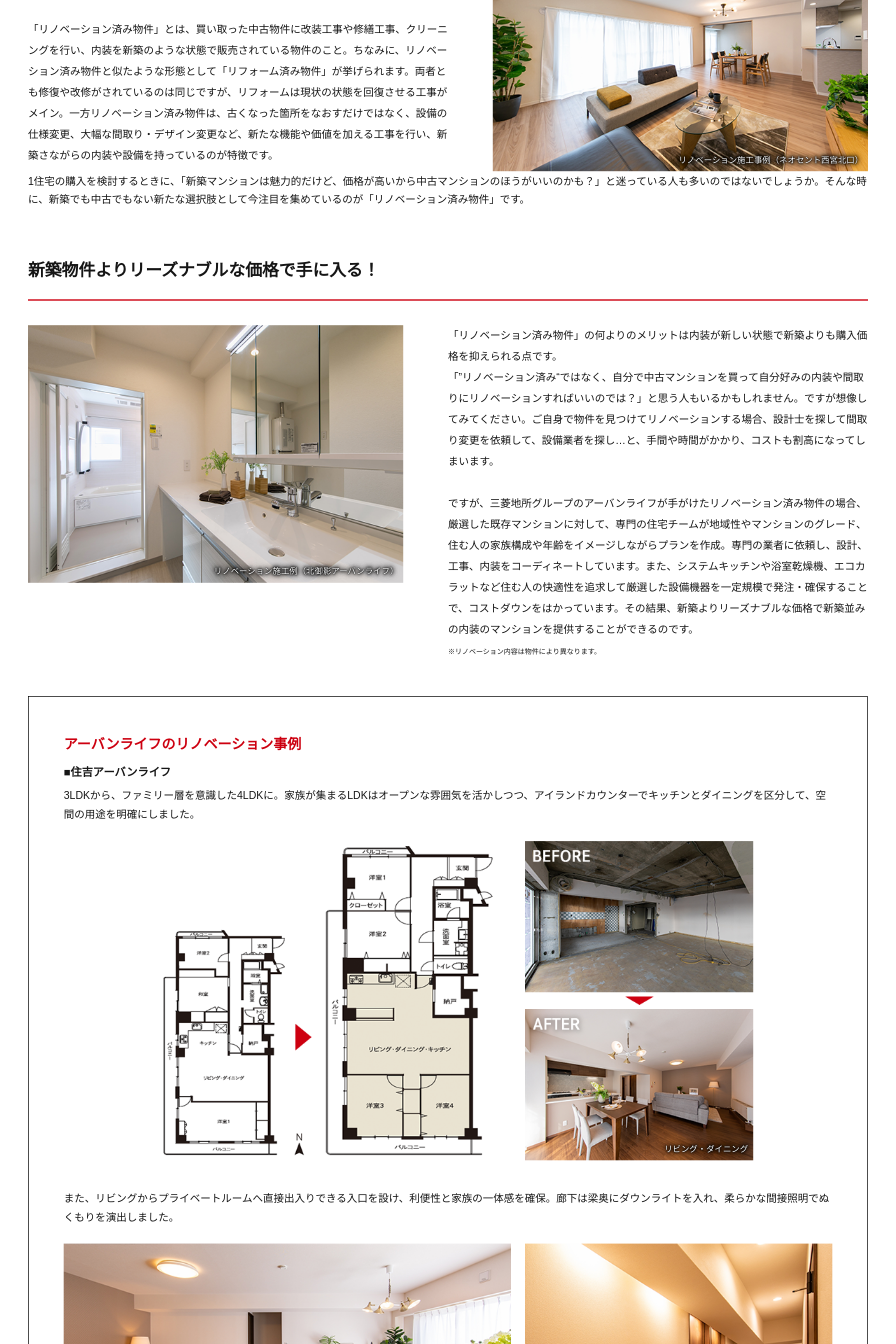
Repository: duongspm/group-kansai_new-data
Page: group-kansai_new/pickup/column07.html
These files come from the project's save history. The page is drawn as it stood at one moment and after a run of saves; the edit follows.
The browser window is 1280 px wide. The pictures show the part of the page from y = 1342 to 3262 px (the page is 4892 px tall before and 4838 px after), at 70% of full size.

Above is the page before, as saved 2023-07-03 08:37:45.

### group-kansai_new/pickup/column07.html
<!doctype html>
<html>
<head prefix="og: http://ogp.me/ns# fb: http://ogp.me/ns/fb# article: http://ogp.me/ns/website#">

    <meta charset="utf-8">
    <meta http-equiv="X-UA-Compatible" content="chrome=1">
    <meta name="viewport" content="width=device-width, initial-scale=1">

    <title>住み替えを検討する際の重要なポイント。住宅ローン残債があっても住み替えできる？｜関西で住まいのことは三菱地所グループへ</title>
    <meta name="keywords" content="新築マンション,注文住宅,リフォーム,売買・賃貸,関西,三菱地所グループ,三菱地所レジデンス,三菱地所ホーム,三菱地所ハウスネット,住まい">
    <meta name="description" content="関西エリアの三菱地所グループが、新築・中古マンション、注文住宅、リフォーム、売買、賃貸、マンション・ビル管理、インテリアなど、あらゆる住まいのニーズにお応えします。">
    <link rel="canonical" href="https://www.mecsumai.com/group_kansai/pickup/column07.html">

    <!-- OGP -->
    <meta property="og:site_name" content="関西で住まいのことは三菱地所グループへ" />
    <meta property="og:title" content="住み替えを検討する際の重要なポイント。住宅ローン残債があっても住み替えできる？｜関西で住まいのことは三菱地所グループへ" />
    <meta property="og:description" content="関西エリアの三菱地所グループが、新築・中古マンション、注文住宅、リフォーム、売買、賃貸、マンション・ビル管理、インテリアなど、あらゆる住まいのニーズにお応えします。" />
    <meta property="og:type" content="website" />
    <meta property="og:locale" content="ja_JP" />
    <meta property="og:url" content="https://www.mecsumai.com/group_kansai/pickup/column07.html" />
    <meta property="og:image" content="https://www.mecsumai.com/group_kansai/img/ogp/ogimage_column_mjhn_01.jpg" />
    <meta property="article:publisher" content="https://www.facebook.com/mecsumai" />
    <meta name="twitter:card" content="summary_large_image" />
    <meta name="twitter:site:id" value="@mecr_sumai" />
    <!-- CSS/JS -->
    <!--テスト用_WEBフォントタグ--><script type="text/javascript" src="//typesquare.com/3/tsst/script/ja/typesquare.js?GO7P2Rd89as%3D" charset="utf-8"></script>
    <!--本番用_WEBフォントタグ--><!-- <script type="text/javascript" src="//typesquare.com/3/tsst/script/ja/typesquare.js?fP5kCoOP0YE%3D" charset="utf-8"></script>-->

	<link rel="stylesheet" href="../css/style.css">
    <link rel="stylesheet" href="css/column.css">

    <script src="../js/jquery.min.js"></script>
    <script src="../js/script.js"></script>

</head>

<body>

	<!-- Google Tag Manager -->
	<noscript><iframe src="//www.googletagmanager.com/ns.html?id=GTM-PPKM2M"
	height="0" width="0" style="display:none;visibility:hidden"></iframe></noscript>
	<script>(function(w,d,s,l,i){w[l]=w[l]||[];w[l].push({'gtm.start':
	new Date().getTime(),event:'gtm.js'});var f=d.getElementsByTagName(s)[0],
	j=d.createElement(s),dl=l!='dataLayer'?'&l='+l:'';j.async=true;j.src=
	'//www.googletagmanager.com/gtm.js?id='+i+dl;f.parentNode.insertBefore(j,f);
	})(window,document,'script','dataLayer','GTM-PPKM2M');</script>
	<!-- End Google Tag Manager -->

    <header>
        <a><img src="../img/logo_mec.svg" alt="人を、想う力。街を、想う力。三菱地所グループ"></a>
        <a><img src="../img/logo_mecgonext.svg" alt="三菱地所と次にいこう。"></a>
        <div id="btn-menu"><span></span><span></span><span></span><a>MENU</a></div>
    </header>

    <div class="menu">
        <div class="menu-wrap container">
            <ul class="menu-nav menu-nav1">
                <li><a href="../#top" onclick="trEvent('三菱地所グループ関西合同LP','Click','【LP内遷移】グロナビ_トップページに戻る',0);">トップページに戻る</a></li>
                <li><a href="../#p-news" onclick="trEvent('三菱地所グループ関西合同LP','Click','【LP内遷移】グロナビ_NEWS',0);">NEWS</a></li>
                <li><a href="./" onclick="trEvent('三菱地所グループ関西合同LP','Click','【LP内遷移】グロナビ_PICK UP',0);">PICK UP</a></li>
                <li><a href="../#p-buy" onclick="trEvent('三菱地所グループ関西合同LP','Click','【LP内遷移】グロナビ_買いたい',0);">買いたい</a></li>
                <li><a href="../#p-build" onclick="trEvent('三菱地所グループ関西合同LP','Click','【LP内遷移】グロナビ_建てたい',0);">建てたい</a></li>
                <li><a href="../#p-renovate" onclick="trEvent('三菱地所グループ関西合同LP','Click','【LP内遷移】グロナビ_リフォームしたい',0);">リフォームしたい</a></li>
                <li><a href="../#p-sell" onclick="trEvent('三菱地所グループ関西合同LP','Click','【LP内遷移】グロナビ_売りたい',0);">売りたい</a></li>
                <li><a href="../#p-lend" onclick="trEvent('三菱地所グループ関西合同LP','Click','【LP内遷移】グロナビ_貸したい',0);">貸したい</a></li>
                <li><a href="../#p-borrow" onclick="trEvent('三菱地所グループ関西合同LP','Click','【LP内遷移】グロナビ_借りたい',0);">借りたい</a></li>
                <li><a href="../#p-interior" onclick="trEvent('三菱地所グループ関西合同LP','Click','【LP内遷移】グロナビ_インテリアを探す',0);">インテリアを探す</a></li>
                <li><a href="../#p-admin" onclick="trEvent('三菱地所グループ関西合同LP','Click','【LP内遷移】グロナビ_不動産管理',0);">不動産管理</a></li>
            </ul>

            <ul class="menu-nav menu-nav2">
                <li><a href="../check/" onclick="trEvent('三菱地所グループ関西合同LP','Click','【LP内遷移】グロナビ_三菱地所グループの「住まい」マッチング',0);">三菱地所グループの「住まい」マッチング</a></li>
                <li><a href="../#p-map" onclick="trEvent('三菱地所グループ関西合同LP','Click','【LP内遷移】グロナビ_三菱地所グループの関西エリア営業拠点マップ',0);">三菱地所グループの関西エリア営業拠点マップ</a></li>
                <li><a href="../#p-group" onclick="trEvent('三菱地所グループ関西合同LP','Click','【LP内遷移】グロナビ_三菱地所グループのご紹介',0);">三菱地所グループのご紹介</a></li>
            </ul>

            <!-- <ul class="service-bnr">
                <li><a href="check/"><img src="img/bnr_check_menu.jpg" alt="理想の「住まい」セルフチェック"></a></li>
                <li class="bnr-find">
                    <img src="img/bnr_find_menu.jpg" alt="住み替えるなら今の「住まい」は…">
                    <a href="#p-sell01"><img src="img/bnr_find01.png" alt="少しでも高く売却したい"></a>
                    <a href="#p-sell02"><img src="img/bnr_find02.png" alt="手間なく早く売却したい"></a>
                    <a href="#p-lend"><img src="img/bnr_find03.png" alt="賃貸活用で家賃を得たい"></a>
                </li>
            </ul>-->
            <!--/service-bnr-->
        </div>
    </div>

    <main class="main" id="column07">
        <section class="main-img">
            <img class="only-pc" src="img/vol_07/mv07.png" width="100%" alt="image photo">
            <img class="only-sp" src="img/vol_07/mv07-sp.png" width="100%" alt="image photo">
            <p class="cap-abs_right shadow">リノベーション施工事例（北御影アーバンライフ）</p>
        </section>
        <!--/main-img-->

        <section class="column container">
            <div class="column-group">
                <ul class="hashtag">
                    <li># リノベーション</li>
                    <li># 住み替え</li>
                </ul>
                <h2>お手頃なのに新築並み！今話題の「リノベーション済み物件」</h2>
                <p>新居探しの新たな選択肢として最近よく耳にする「リノベーション済み物件」。ですがリノベーション済み物件とはどのようなものなのでしょうか？今回はその特徴やメリットをご紹介します。</p>

                <div class="column-nav">
                    <p class="column-nav_tit">INDEX</p>
                    <ul class="column-nav_list">
                        <li><a href="#part01">
                            <p class="column-nav_num">01</p>
                            <p class="column-nav_txt">今注目されるリノベーション済み物件とは？</p>
                        </a></li>
                        <li><a href="#part02">
                            <p class="column-nav_num">02</p>
                            <p class="column-nav_txt">新築物件よりリーズナブルな価格で手に入る！</p>
                        </a></li>
                        <li><a href="#part03">
                            <p class="column-nav_num">03</p>
                            <p class="column-nav_txt">徹底した品質管理とアフターサービスで住んだ後も安心</p>
                        </a></li>
                    </ul>
                </div>
            </div>
            <!--/column group-->

            <div class="anchor"><div id="part01"></div></div>
            <div class="column-group">
                <h3>今注目される <br class="column07__only-sp">リノベーション済み物件とは？</h3>

                <div class="column-box">
                    <div class="column-box_inner">
                        <p class="column07__only-pc">住宅の購入を検討するときに、「新築マンションは魅力的だけど、価格が高いから中古マンションのほうがいいのかも？」と迷っている人も多いのではないでしょうか。そんな時に、新築でも中古でもない新たな選択肢として今注目を集めているのが「リノベーション済み物件」です。</p>
                        <p>「リノベーション済み物件」とは、買い取った中古物件に改装工事や修繕工事、クリーニングを行い、内装を新築のような状態で販売されている物件のこと。ちなみに、リノベーション済み物件と似たような形態として「リフォーム済み物件」が挙げられます。両者とも修復や改修がされているのは同じですが、リフォームは現状の状態を回復させる工事がメイン。一方リノベーション済み物件は、古くなった箇所をなおすだけではなく、設備の仕様変更、大幅な間取り・デザイン変更など、新たな機能や価値を加える工事を行い、新築さながらの内装や設備を持っているのが特徴です。</p>
                    </div>
                    <div class="column-box_img">
                        <img src="img/vol_07/img-01.png" alt="リノベーション施工事例（ネオセント西宮北口）">
                        <p class="cap-abs_right shadow">リノベーション施工事例（ネオセント西宮北口）</p>
                    </div>
                    <p column07__only-pc>1住宅の購入を検討するときに、「新築マンションは魅力的だけど、価格が高いから中古マンションのほうがいいのかも？」と迷っている人も多いのではないでしょうか。そんな時に、新築でも中古でもない新たな選択肢として今注目を集めているのが「リノベーション済み物件」です。</p>
                </div>
            </div>
            <!--/column group-->

            <div class="anchor"><div id="part02"></div></div>
            <div class="column-group column07-02">
                <h3>新築物件よりリーズナブルな価格で手に入る！</h3>

                <div class="column-box">
                    <div class="column-box_img">
                        <img src="img/vol_07/img-02.png" alt="リノベーション施工例（北御影アーバンライフ）">
                        <p class="cap-abs_right shadow">リノベーション施工例（北御影アーバンライフ）</p>
                    </div>
                    <div class="column-box_inner">
                        <p>「リノベーション済み物件」の何よりのメリットは内装が新しい状態で新築よりも購入価格を抑えられる点です。
                            <br>「”リノベーション済み“ではなく、自分で中古マンションを買って自分好みの内装や間取りにリノベーションすればいいのでは？」と思う人もいるかもしれません。ですが想像してみてください。ご自身で物件を見つけてリノベーションする場合、設計士を探して間取り変更を依頼して、設備業者を探し…と、手間や時間がかかり、コストも割高になってしまいます。</p>
                        <p>ですが、三菱地所グループのアーバンライフが手がけたリノベーション済み物件の場合、厳選した既存マンションに対して、専門の住宅チームが地域性やマンションのグレード、住む人の家族構成や年齢をイメージしながらプランを作成。専門の業者に依頼し、設計、工事、内装をコーディネートしています。また、システムキッチンや浴室乾燥機、エコカラットなど住む人の快適性を追求して厳選した設備機器を一定規模で発注・確保することで、コストダウンをはかっています。その結果、新築よりリーズナブルな価格で新築並みの内装のマンションを提供することができるのです。
                            <br><span class="txt-small">※リノベーション内容は物件により異なります。</span>
                        </p>
                    </div>
                </div>
                <!-- column07 box -->
                <div class="column07__box">
                    <h4>アーバンライフのリノベーション事例</h4>
                    <p class="title">■住吉アーバンライフ</p>
                    <p class="subtitle">3LDKから、ファミリー層を意識した4LDKに。家族が集まるLDKはオープンな雰囲気を活かしつつ、アイランドカウンターでキッチンとダイニングを区分して、空間の用途を明確にしました。</p>
                    <div class="flex">
                        <div class="flex__left">
                            <img src="img/vol_07/img-03.png" alt="リビング・ダイニング">
                        </div>
                        <div class="column07-zoom only-sp">
                            <p>ピンチアウトで拡大表示できます</p>
                            <img src="../img/ic_zoom.png" alt="ZOOM">
                        </div>
                        <div class="flex__right">
                            <div class="box__img">
                                <img src="img/vol_07/img-04.png" alt="リビング・ダイニング">
                                <p class="cap-abs_right shadow">リビング・ダイニング</p>
                            </div>
                        </div>
                    </div>
                    <p class="subtitle">また、リビングからプライベートルームへ直接出入りできる入口を設け、利便性と家族の一体感を確保。廊下は梁奥にダウンライトを入れ、柔らかな間接照明でぬくもりを演出しました。</p>
                    <div class="flex">
                        <div class="flex__left">
                            <div class="box__img">
                                <img src="img/vol_07/img-05.png" alt="リビング・ダイニング">
                                <p class="cap-abs_right shadow">リビング・ダイニング</p>
                            </div>
                        </div>
                        <div class="flex__right">
                            <div class="box__img">
                                <img src="img/vol_07/img-07.png" alt="廊下">
                                <p class="cap-abs_right shadow">廊下</p>
                            </div>
                        </div>
                    </div>
                </div>

                <!-- column07 box -->
            </div>
            <!--/column group-->

            <div class="anchor"><div id="part03"></div></div>
            <div class="column-group">
                <h3>徹底した品質管理とアフターサービスで住んだ後も安心</h3>

                <div class="column-box">
                    <div class="column-box_inner">
                        <p>リノベーションにより、目に見える部分はキレイになっているものの、配管や柱、壁の内側など目に見えない部分、素人ではチェックできない部分は疎かになっているのでは？と懸念を抱く人もいるでしょう。アーバンライフでは、分譲マンションと同様の品質管理体制をリノベーション済みマンションにおいても適用。工事完了後に床・壁・建具などはもちろん新しい設備の動作確認等に至るまで綿密にチェックしたうえで販売しています。そして、お引渡しから最長2年間のアフターサービス保証（未施工箇所は3ヶ月）を実施。万が一の不具合が発生した場合には、迅速に対応してくれるので安心です。</p>
                        <p>中古物件に新たな機能と価値を加えたリノベーション済みマンション。コストを抑えて理想の住まいを手に入れたい方は、是非一度目を向けてみてはいかがでしょうか。アーバンライフでは様々なエリアに上質なリノベーション済み物件を豊富に提供しています。販売中の物件はいずれも実物の見学が可能ですので、ぜひお気軽にアーバンライフのリノベーション済み物件にお越しください。</p>
                    </div>
                    <div class="column-box_img">
                        <img src="img/vol_07/img-08.png" alt="image photo">
                    </div>
                </div>
            </div>
            <!--/column group-->
        </section>
        <!--/column-->

        <section class="contact">
            <div class="contact-heading">
                <div class="contact-tit">
                    <h2>
                        実際に完成した居住空間や、
                        <br>立地・環境などを体感できる！
                    </h2>
                </div>
                <div class="contact-btn container">
                    <a href="../mjhn_18.html" target="_blank" onclick="trEvent('三菱地所グループ関西合同LP','Click','【三菱地所ハウスネット】PICKUP_住み替えを検討する際の重要なポイント。住宅ローン残債があっても住み替えできる？_無料売却査定はこちら',0);">リノベーション物件はこちら</a>
                </div>
            </div>

            <!-- <div class="contact-sns">
                <a class="twitter typesquare_option" href="http://twitter.com/share?url=www.mecsumai.com/group_kansai/pickup/&amp;text=住み替えを検討する際の重要なポイント。住宅ローン残債があっても住み替えできる？&amp;hashtags=住み替え&amp;hashtags=売却査定" target="_blank" rel="nofollow noopener noreferrer">Twitterでシェア</a>
                <a class="facebook typesquare_option" href="http://www.facebook.com/share.php?u=mecsumai.com/group_kansai/pickup/" target="_blank" rel="nofollow noopener noreferrer">Facebookでシェア</a>
            </div>-->

            <a class="contact-back column07__btn" href="./" onclick="trEvent('三菱地所グループ関西合同LP','Click','【LP内遷移】PICK UP_詳細_PICK UP 一覧に戻る',0);">トップページに戻る</a>
        </section>
    </main>

    <footer>
        <div id="pagetop"><img src="../img/pagetop.png" alt="トップに戻る"></div>
        <a><img src="../img/flogo_mec.svg" alt="人を、想う力。街を、想う力。三菱地所グループ"></a>
        <p>Copyright &copy; Mitsubishi Estate Group. All Rights Reserved.</p>
    </footer>

    <!-- Yahoo Tag Manager -->
    <script type="text/javascript">
      (function () {
        var tagjs = document.createElement("script");
        var s = document.getElementsByTagName("script")[0];
        tagjs.async = true;
        tagjs.src = "//s.yjtag.jp/tag.js#site=YzMGP4N&referrer=" + encodeURIComponent(document.location.href) + "";
        s.parentNode.insertBefore(tagjs, s);
      }());
    </script>
    <noscript>
      <iframe src="//b.yjtag.jp/iframe?c=YzMGP4N" width="1" height="1" frameborder="0" scrolling="no" marginheight="0" marginwidth="0"></iframe>
    </noscript>
    <!-- End Yahoo Tag Manager -->

</body>
</html>

### group-kansai_new/css/style.css
@charset "utf-8";
@import url('https://fonts.googleapis.com/css2?family=Cormorant+Garamond&family=Inter:wght@700&display=swap');

/* Reset */
html{font-size: 62.5%;}
body{color: #000; line-height: 1.8; word-spacing: 0; font-size: 1.5rem; -webkit-text-size-adjust: 100%; -ms-text-size-adjust: 100%; -moz-text-size-adjust: 100%; font-family: "秀英角ゴシック金 L", "Shuei KakuGo Kin L", "Noto Sans JP", "ヒラギノ角ゴ Pro W3", "Hiragino Kaku Gothic Pro", "メイリオ", "MS Pゴシック", "MS PGothic", Meiryo, sans-serif;}

*{margin: 0; padding: 0; box-sizing: border-box; border: 0;}
h1, h2, h3, h4, h5, h6{font-size: 100%;}
ol, ul{list-style: none;}
table{border-collapse: collapse; border-spacing: 0;}
th{text-align: left;}
a{color: inherit; text-decoration: none;}
img{vertical-align: bottom; max-width: 100%;}

.container{max-width: 1000px; margin: 0 auto;}
.cap,
.cap-left,
.cap-right{font-size: 1rem; line-height: 1.4;}
[class*="cap-abs"]{font-size: 1.2rem; line-height: 1.4;}
.cap-abs_right{position: absolute; bottom: 7px; right: 7px; text-align: right;}
.cap-abs_left{position: absolute; bottom: 7px; left: 7px;}
.cap-right{padding-top: 0.8em; text-align: right;}
.cap-left{padding-top: 0.8em;}
.shadow{color: #fff; text-shadow: 0 0 1px rgba(0,0,0,.6), 0 0 2px rgba(0,0,0,.6), 0 0 3px rgba(0,0,0,.6), 0 0 4px rgba(0,0,0,.6), 0 0 5px rgba(0,0,0,.6), 0 0 6px rgba(0,0,0,.6), 0 0 7px rgba(0,0,0,.6), 0 0 8px rgba(0,0,0,.6), 0 0 9px rgba(0,0,0,.6), 0 0 10px rgba(0,0,0,.6);}
sup{font-size: 1.2rem; line-height: 1;}

.anchor{position: relative;}
.anchor > div{position: absolute; left: 0;}

@media (min-width: 768px){
    a[href^="tel:"]{pointer-events: none;}
    .only-sp{display: none;}
    .container{width: calc(100% - 3rem);}
    .anchor > div{top: -5.4rem;}
}

@media (max-width: 767px){
    .only-pc{display: none;}
    html{font-size: 2vw;}
    body{font-size: 1.65rem;}
    .container{width: 90%;}
    .cap,
    .cap-left,
    .cap-right{font-size: 1.2rem; line-height: 1.7;}

    .anchor > div{top: -7rem;}
}

@media print {
    body{color-adjust: exact; -webkit-print-color-adjust: exact; print-color-adjust: exact;}
}

/* Header */
header{padding: 1rem 3rem; display: flex; align-items: center; background: #fff; position: fixed; top: 0; left: 0; width: 100%; background: #fff; z-index: 1000;}
header a:nth-of-type(1){width: 11rem; margin-right: 2.4rem;}
header a:nth-of-type(2){width: 6rem;}
header img{width: 100%;}

#btn-menu{position: absolute; top: 0; right: 0; width: 5.4rem; height: 5.4rem; cursor: pointer; background: #cd0010;}
#btn-menu span{position: absolute; left: 1.2rem; width: 3rem; height: 0.2rem; background: #fff;}
#btn-menu span:nth-of-type(1){top: 1.1rem;}
#btn-menu span:nth-of-type(2){top: 1.9rem;}
#btn-menu span:nth-of-type(3){top: 2.7rem;}
#btn-menu a{display: block; color: #fff; font-size: 1.1rem; text-align: center; padding: 3.1rem 0 0 0; width: 100%; font-weight: bold; font-family: 'Inter', sans-serif;}
#btn-menu.is-open span:nth-of-type(1){top: 1.8rem; transform: rotate(45deg); -webkit-transform: rotate(45deg);}
#btn-menu.is-open span:nth-of-type(2){display: none;}
#btn-menu.is-open span:nth-of-type(3){top: 1.8rem; transform: rotate(-45deg); -webkit-transform: rotate(-45deg);}

@media (max-width: 767px){
    #btn-menu{width: 6.4rem; height: 6.4rem;}
    #btn-menu span{left: 1.2rem; width: 4rem; height: 0.2rem;}
    #btn-menu span:nth-of-type(1){top: 1.1rem;}
    #btn-menu span:nth-of-type(2){top: 2.2rem;}
    #btn-menu span:nth-of-type(3){top: 3.3rem;}
    #btn-menu a{padding: 3.6rem 0 0 0; font-size: 1.4rem;}
    #btn-menu.is-open span:nth-of-type(1),
    #btn-menu.is-open span:nth-of-type(3){top: 2rem;}
}

.menu{position: fixed; top: 0; left: 0; width: 100%; height: 100%; overflow: auto; background: #f5f5f5; z-index: 800; display: none; font-family: "秀英角ゴシック金 B", "Shuei KakuGo Kin B", "Noto Sans JP", "ヒラギノ角ゴ Pro W3", "Hiragino Kaku Gothic Pro", "メイリオ", "MS Pゴシック", "MS PGothic", Meiryo, sans-serif;}
.menu-wrap{padding: 12rem 0 5rem;}

.menu-nav1{display: flex; flex-wrap: wrap;}
.menu-nav1 a{font-size: 1.8rem; height: 8rem; display: flex; align-items: center;}
.menu-nav1 a:before{content: ''; width: 2rem; height: 2rem; background: url("../img/ic_arrows.png") no-repeat top left/100% 100%; margin: 0 1rem 0 0;}
.menu-nav1 a:hover{color: #cd0010;}

.menu-nav2{padding: 3rem 0 4rem; display: flex; flex-wrap: wrap;}
.menu-nav2 a{font-size: 1.6rem; height: 4rem; display: flex; align-items: center;}
.menu-nav2 a:before{content: ''; width: 2rem; height: 2rem; background: url("../img/ic_arrows.png") no-repeat top left/100% 100%; margin: 0 1rem 0 0;}
.menu-nav2 a:hover{color: #cd0010;}

.menu .bnr-find a{top: 48.5%;}

@media (max-width: 1023px) and (min-width: 768px){
    .menu-nav1 a{font-size: 1.6rem;}
    .menu-nav1 a:before{margin: 0 0.5rem 0 0;}
}

@media (min-width: 768px){
    .menu-nav1 li{width: 23.425%; margin-right: 2.1%; border-bottom: 1px dotted #acacac;}
    .menu-nav1 li:nth-of-type(1),
    .menu-nav1 li:nth-of-type(2),
    .menu-nav1 li:nth-of-type(3){width: 32%;margin-right: 2%;}
    .menu-nav1 li:nth-of-type(3),
    .menu-nav1 li:nth-of-type(7),
    .menu-nav1 li:nth-of-type(11){margin-right: 0;}

    .menu-nav2 li:not(:last-of-type){margin-right: 6rem;}
}

@media (max-width: 767px){
    header{padding: 1.5rem 5%;}
    header a:nth-of-type(1){margin-right: 7%;}

    .menu-wrap{padding: 12rem 0 3rem;}

    .menu-nav1 li{width: 48.5%; margin-right: 3%; border-bottom: 1px dotted #acacac;}
    .menu-nav1 li:nth-of-type(2n){margin-right: 0;}
    .menu-nav1 a{height: 6rem;}

    .menu-nav2{padding: 2rem 0 3rem;}
    .menu-nav2 a{height: 3.5rem;}

    .menu .service-bnr{padding: 0;}
}

/* Main */
.main{overflow-x: hidden; isolation:isolate; margin-top: 5.4rem;}
.m-tit2{font-size: 2.4rem; line-height: 1; text-align: center; margin: 0 0 3rem; color: #cd0010; font-weight: bold; font-family: 'Inter', sans-serif;}
.m-tit3{font-size: 2.8rem; line-height: 1.4; text-align: center; margin: -0.3em 0 2.5rem; font-family: "秀英明朝 M", "Shuei Mincho M", "游明朝", YuMincho, "Hiragino Mincho ProN W3", "ヒラギノ明朝 ProN W3", "Hiragino Mincho ProN", "HG明朝E", "MS P明朝", "MS 明朝", serif;}
.desc{font-size: 1.6rem; line-height: 2; text-align: center; margin: 0 auto 2em;}

@media (max-width: 767px){
    .main{margin-top: 6.4rem;}
    .desc{text-align: left; margin: 0 3rem 1.5em;}
    .desc br {display:none;}
}

/* Hashtag */
.hashtag{color: #cd0010; font-size: 1.2rem; line-height: 1.5; margin: 0 0 0.5rem; display: flex; flex-wrap: wrap; font-family: "秀英角ゴシック金 B", "Shuei KakuGo Kin B", "Noto Sans JP", "ヒラギノ角ゴ Pro W3", "Hiragino Kaku Gothic Pro", "メイリオ", "MS Pゴシック", "MS PGothic", Meiryo, sans-serif;}
.hashtag li{margin-right: 1em;}

@media (max-width: 767px){
    .hashtag{font-size: 1.4rem;}
}

/* Footer */
footer{background: #151515; color: #fff; text-align: center; padding: 2.8rem 0; position: relative; z-index: 100;}
footer a{width: 40rem; margin: 0 auto; display: block;}
footer a img{width: 100%;}
footer p{margin: 1.5rem 0 0 0; font-family: 'Cormorant Garamond', serif; font-size: 1.2rem; line-height: 1;}
#pagetop{position: fixed; bottom: 10px; right: 10px; width: 7rem; height: 7rem; cursor: pointer; z-index: 700; display: none;}
#pagetop a{width: 100%; display: block;}

@media (max-width: 767px){
    footer a{width: 90%;}
    footer img{width: 100%;}
    footer p{font-size: 1.5rem;}
    #pagetop{width: 6rem; height: 6rem;}
    #top footer{margin-bottom: 35.46vw;}
    #top #pagetop{bottom: 40vw !important; position: fixed !important;}
}

Loaded but not shown: group-kansai_new/js/jquery.min.js (library); group-kansai_new/js/script.js (70 lines, source omitted); group-kansai_new/pickup/css/column.css (305 lines, source omitted)

After the next 2 saves:
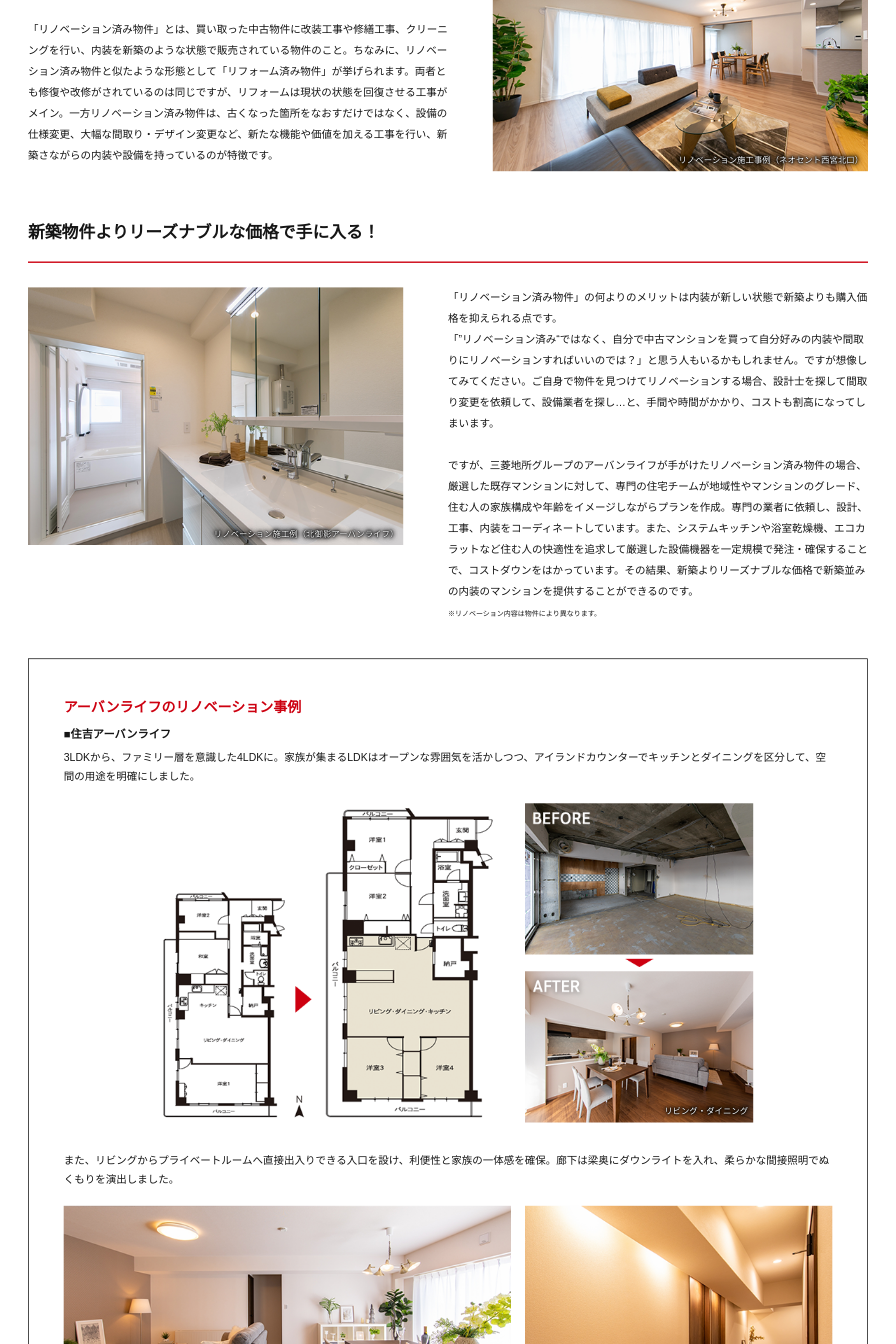
The 2 saves are shown as one change because they came seconds apart.
The last was saved 5 s later.
--- a/group-kansai_new/pickup/column07.html
+++ b/group-kansai_new/pickup/column07.html
@@ -137,7 +137,7 @@
                         <img src="img/vol_07/img-01.png" alt="リノベーション施工事例（ネオセント西宮北口）">
                         <p class="cap-abs_right shadow">リノベーション施工事例（ネオセント西宮北口）</p>
                     </div>
-                    <p column07__only-pc>1住宅の購入を検討するときに、「新築マンションは魅力的だけど、価格が高いから中古マンションのほうがいいのかも？」と迷っている人も多いのではないでしょうか。そんな時に、新築でも中古でもない新たな選択肢として今注目を集めているのが「リノベーション済み物件」です。</p>
+                    <p class="column07__only-sp">1住宅の購入を検討するときに、「新築マンションは魅力的だけど、価格が高いから中古マンションのほうがいいのかも？」と迷っている人も多いのではないでしょうか。そんな時に、新築でも中古でもない新たな選択肢として今注目を集めているのが「リノベーション済み物件」です。</p>
                 </div>
             </div>
             <!--/column group-->
